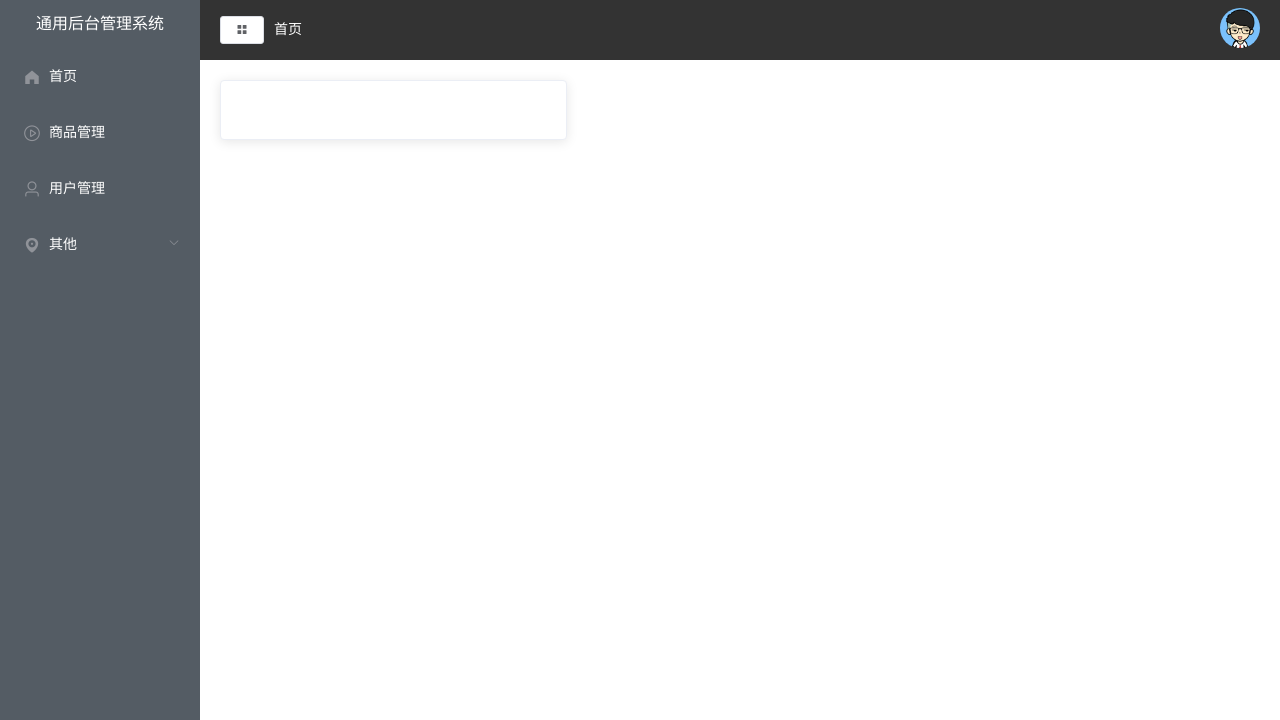
Repository: Francis200214/my-app
Page: /
The author's editor kept a copy of each file at every save. The page is drawn from the files as they stood at one save, then again after a run of saves.
The browser window is 1280 px wide. The pictures show the whole page.
The project was rebuilt for these pictures with package versions that can differ from the ones it lists, and the page was loaded fresh each time. Also part of the build but not shown: vue.config.js, src/views/User.vue, src/views/Mall.vue, src/views/other/PageOne.vue, src/views/other/PageTwo.vue.

Above is the page before, as saved 2023-05-21 15:29:19.

After the next 4 saves:
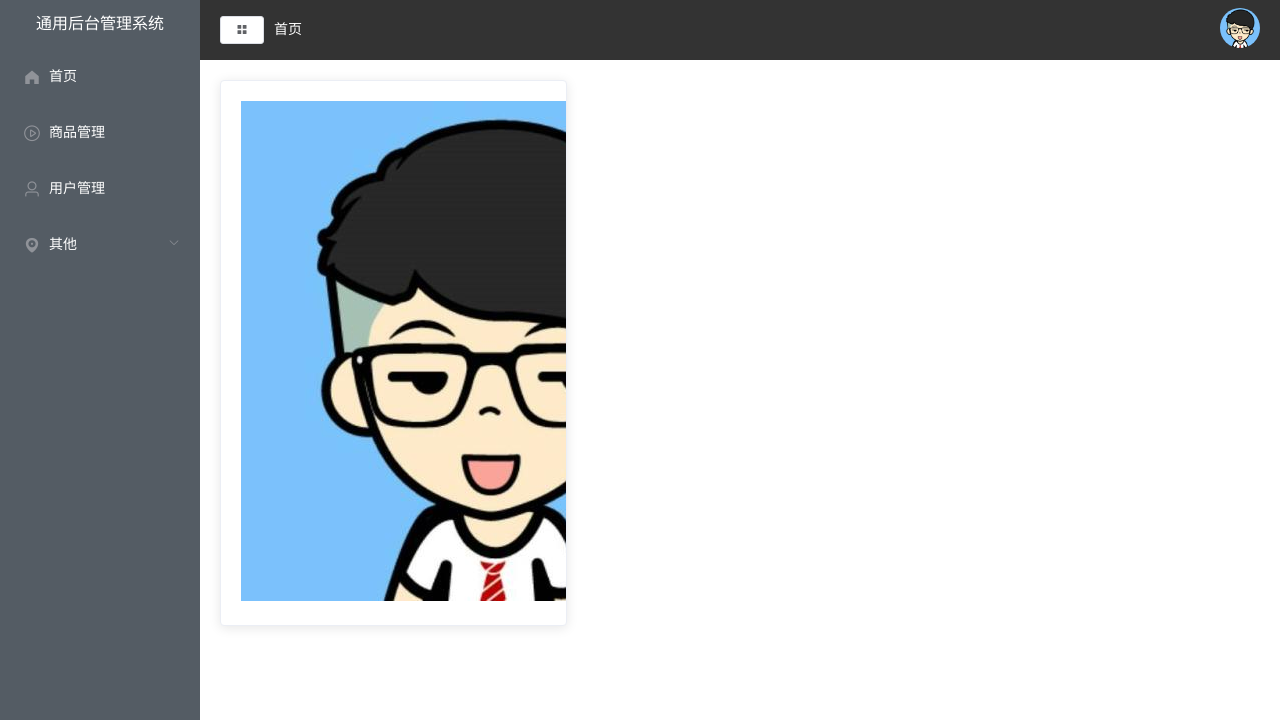
The 4 saves are shown as one change because they came seconds apart.
The last was saved 13 s later.
--- a/src/views/Home.vue
+++ b/src/views/Home.vue
@@ -3,7 +3,7 @@
         <el-col :span="8">
             <el-card class="box-card">
                 <div class="user">
-                    <img src="" alt="">
+                    <img src="../assets/images/user.png" alt="">
                 </div>
                 <div class="login"></div>
             </el-card>
